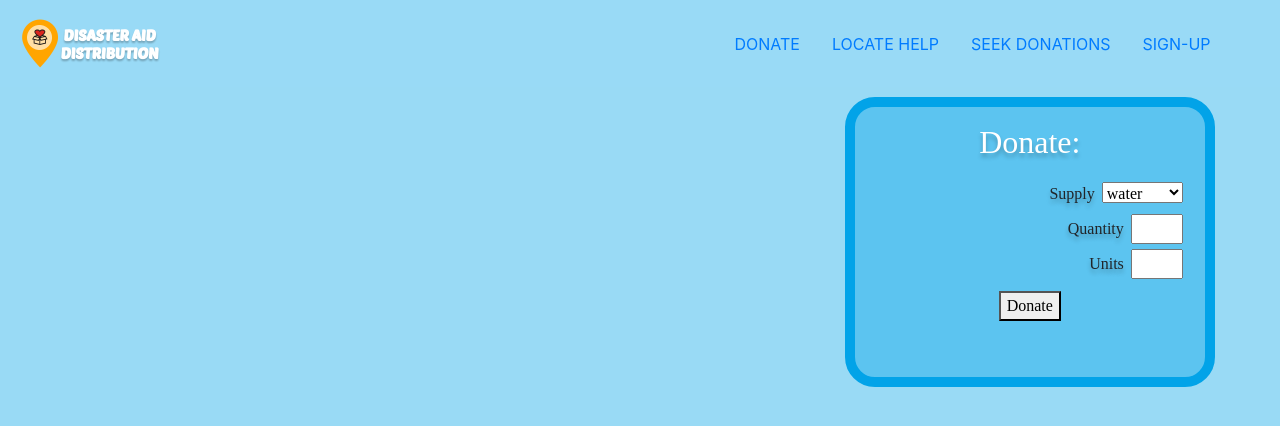
Repository: uprm-inso-4115-2019-2020-S2/semester-project-inso4115-DisasterAid-backend
Page: /donate-modal (app in disaster-aid/)
These files come from the project's save history. The page is drawn as it stood at one moment and after the next save; the edit follows.
The browser window is 1280 px wide. The pictures show the whole page.
The project was rebuilt for these pictures with package versions that can differ from the ones it lists, and the page was loaded fresh each time. Also part of the build but not shown: disaster-aid/angular.json, disaster-aid/src/app/login/login.component.ts, disaster-aid/src/app/register/register.component.ts, disaster-aid/src/app/home/home.component.ts, disaster-aid/src/app/landing-page/landing-page.component.ts, disaster-aid/src/app/donations/donations.component.ts, disaster-aid/src/app/donations.service.ts.

Above is the page before, as saved 2020-05-08 04:30:57.

After the next save:
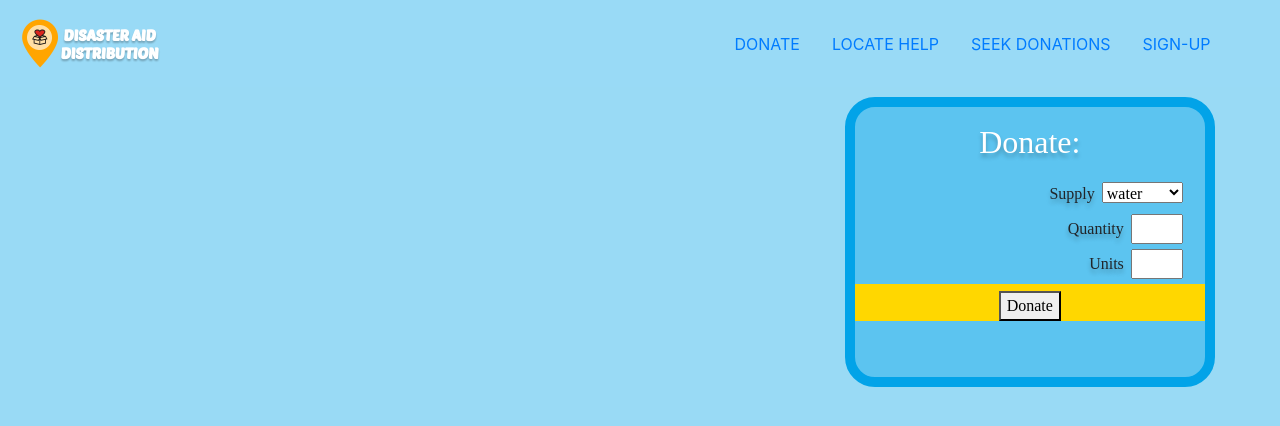
Saved 17 s later.
--- a/disaster-aid/src/app/donate-modal/donate-modal.component.css
+++ b/disaster-aid/src/app/donate-modal/donate-modal.component.css
@@ -15,4 +15,5 @@
 .donateButton{
     text-align: center;
     padding-top: 7px;
+    background-color: gold;
 }

After the save that followed:
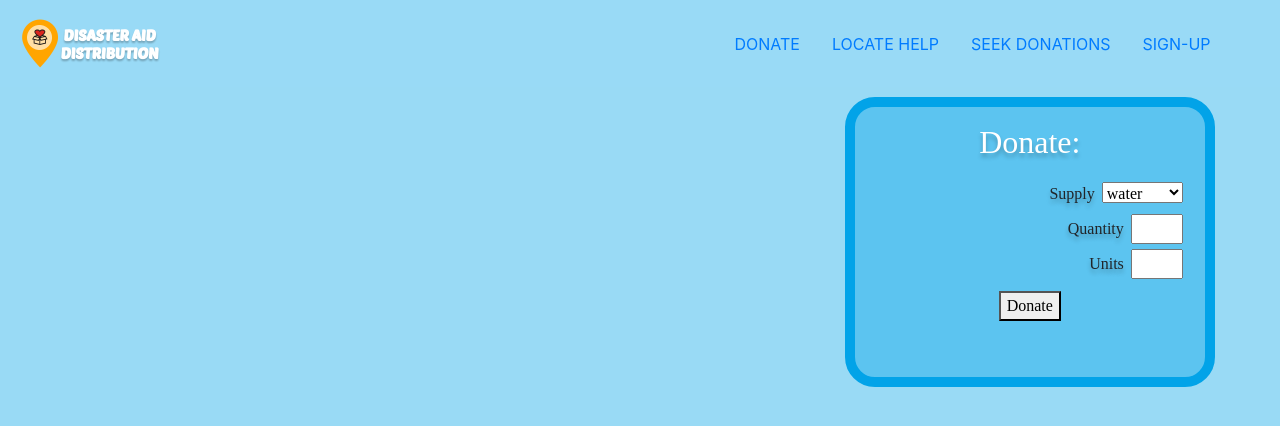
Saved 17 s later.
--- a/disaster-aid/src/app/donate-modal/donate-modal.component.css
+++ b/disaster-aid/src/app/donate-modal/donate-modal.component.css
@@ -15,5 +15,5 @@
 .donateButton{
     text-align: center;
     padding-top: 7px;
-    background-color: gold;
+    color: gold;
 }
